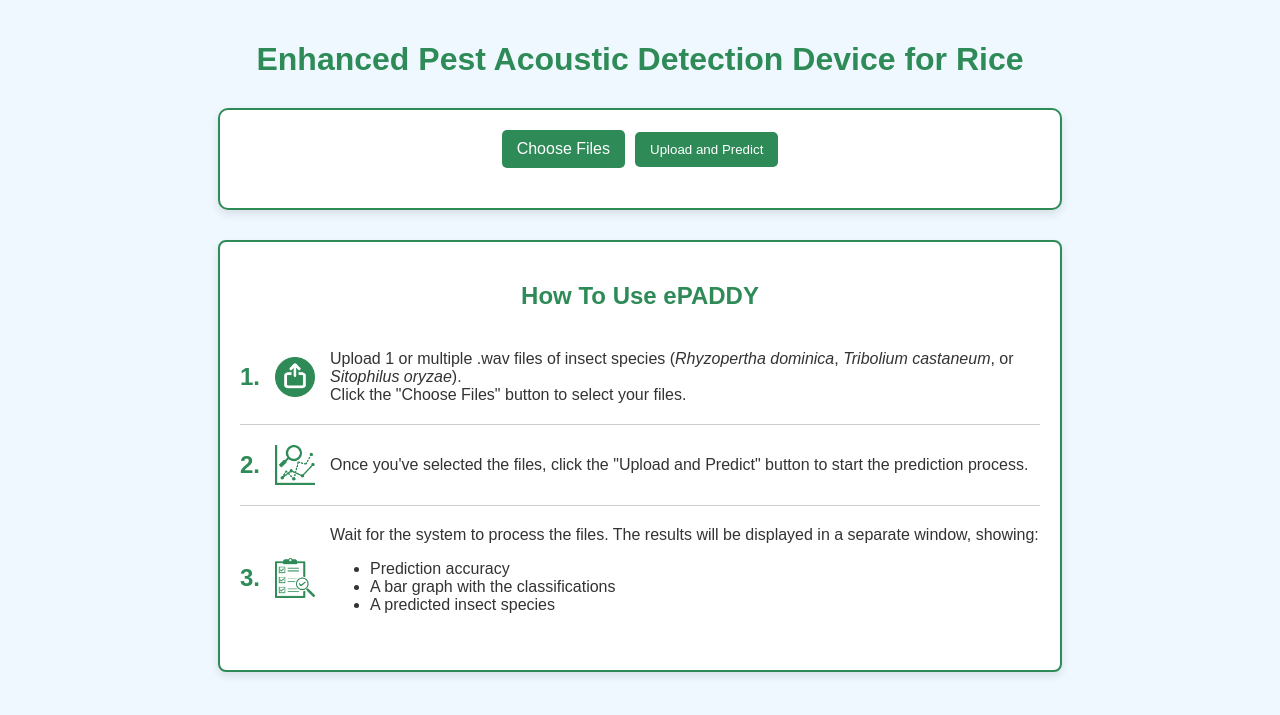
Repository: Perilla-Ian/ePADDY
Page: http://localhost/upload
An editor plug-in stored every save of this project. The page is shown before and after a run of saves, followed by the edit.
The browser window is 1280 px wide. The pictures show the whole page.
The page is served by the project's application, run on Flask 3 (appv3.py).

Above is the page before, as saved 2024-11-10 10:02:26.

After the next 2 saves:
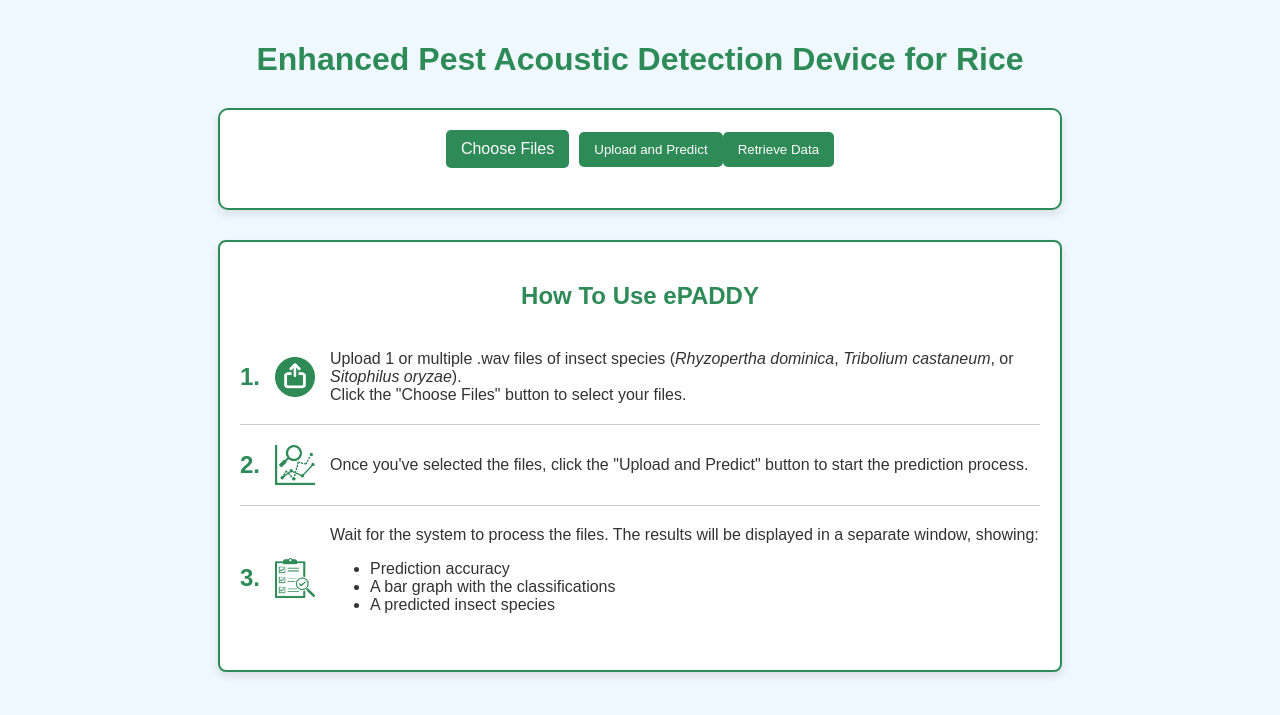
The 2 saves are shown as one change because they came seconds apart.
The last was saved 79 days later.
--- a/templates/upload.html
+++ b/templates/upload.html
@@ -15,6 +15,8 @@
             <label class="custom-file-button" for="files">Choose Files</label>
             <input type="file" id="files" name="files" accept=".wav" multiple>
             <button type="submit">Upload and Predict</button>
+            <!-- Add this button below the existing "Upload and Predict" button -->
+            <button type="button" id="retrieve-data-btn">Retrieve Data</button>
         </div>
         <!--  display file names -->
         <div class="file-list" id="fileList">

After the 2 saves that followed:
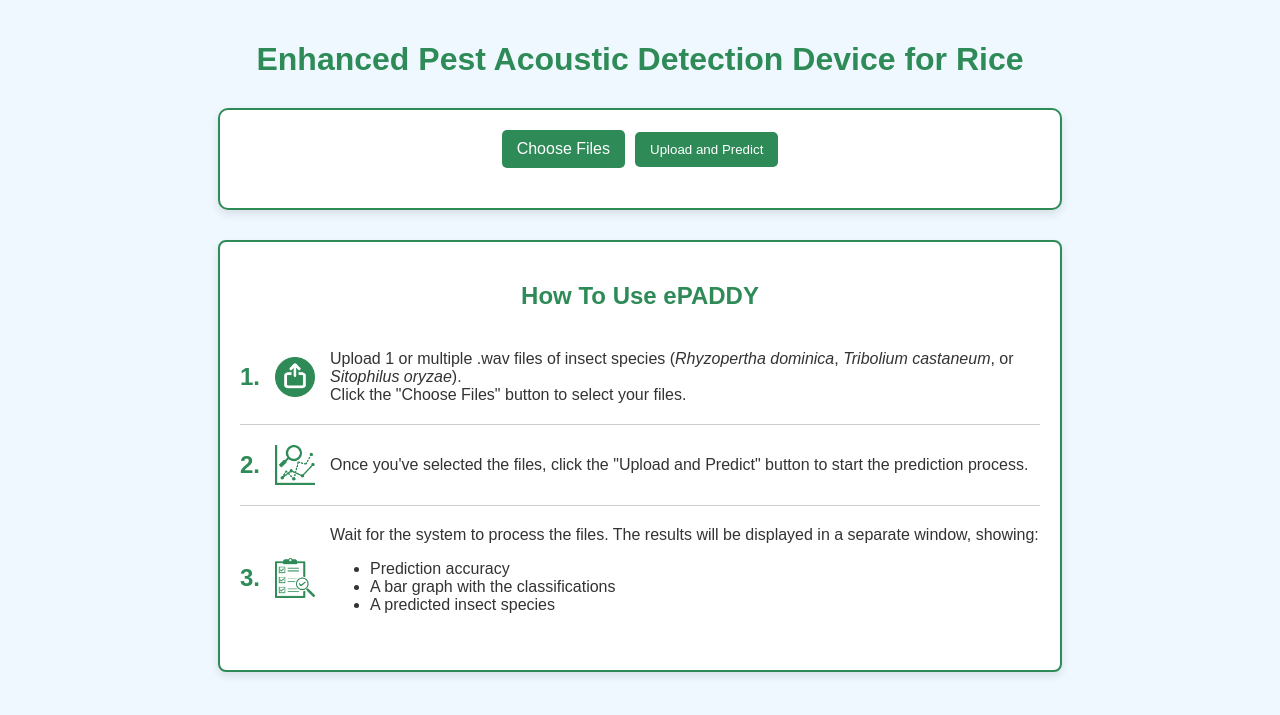
The 2 saves are shown as one change because 1 left the picture as it was.
The last was saved 23 s later.
--- a/templates/upload.html
+++ b/templates/upload.html
@@ -15,8 +15,6 @@
             <label class="custom-file-button" for="files">Choose Files</label>
             <input type="file" id="files" name="files" accept=".wav" multiple>
             <button type="submit">Upload and Predict</button>
-            <!-- Add this button below the existing "Upload and Predict" button -->
-            <button type="button" id="retrieve-data-btn">Retrieve Data</button>
         </div>
         <!--  display file names -->
         <div class="file-list" id="fileList">
